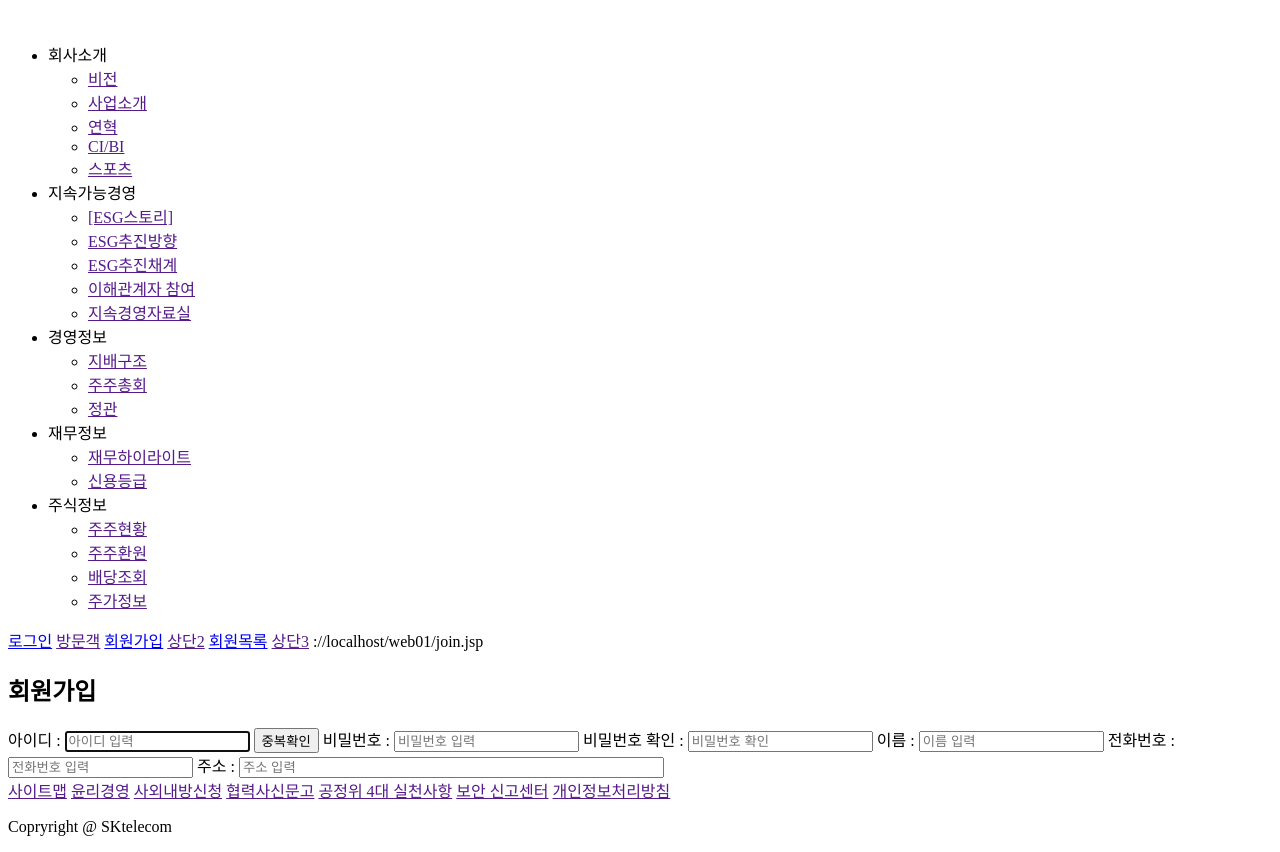
Repository: star-min/jsp_basic
Page: http://localhost/web01/join.jsp
An editor plug-in stored every save of this project. The page is shown before and after the next save, followed by the edit.
The browser window is 1280 px wide. The pictures show the whole page.
The page is served by Tomcat 9.

Above is the page before, as saved 2022-04-26 08:26:17.

### jsp1/web01/src/main/webapp/join.jsp
<%@ page language="java" contentType="text/html; charset=UTF-8"
    pageEncoding="UTF-8"%>
<!DOCTYPE html>
<html>
<head>
<meta charset="UTF-8">
<title>회원 가입 폼</title>
</head>
<body>
<div class="wrap">
<header id="hd">
	<div class="hd_wrap">
		<%@ include file="nav.jsp" %>
	</div>
</header>
<div class="content">
	<h2>회원가입</h2>
	<form id="frm1" name="join" action="joinPro.jsp" method="post">
		<tbody>
			<tr>
				<td>아이디 : </td>
				<td>
					<input type="text" class="indata" id="uid" name="uid" placeholder="아이디 입력" required autofocus>
					<input type="button" id="popopen" value="중복확인"	>
				</td>
			</tr>
			<tr>
				<td>비밀번호 : </td>
				<td>
					<input type="password" class="indata" id="upw" name="upw" placeholder="비밀번호 입력" required>
				</td>
			</tr>
			<tr>
				<td>비밀번호 확인 : </td>
				<td>
					<input type="password" class="indata" id="upw" name="upw" placeholder="비밀번호 확인" required>
				</td>
			</tr>
			<tr>
				<td>이름 : </td>
				<td>
					<input type="text" class="indata" id="name" name="name" placeholder="이름 입력" required>
				</td>
			</tr>
			<tr>
				<td>전화번호 : </td>
				<td>
					<input type="text" class="indata" id="phone" name="phone" placeholder="전화번호 입력"  required>
				</td>
			</tr>
			<tr>
				<td>주소 : </td>
				<td>
					<input type="text" class="indata" id="address" name="address" placeholder="주소 입력" size=50 required>
				</td>
			</tr>
		</tbody>
	</form>
</div>
<footer id="ft">
	<%@ include file="ft.jsp" %>
</footer>
</div>
</body>
</html>

### jsp1/web01/src/main/webapp/nav.jsp
<%@ page language="java" contentType="text/html; charset=UTF-8"
    pageEncoding="UTF-8"%>
<%@ page import="java.sql.*" %>
<%		// <% = 스크립트릿(scriptlet)
	String[] dp1 = {"회사소개","지속가능경영","경영정보","재무정보","주식정보"};
	String[][] dp2 = {{"비전","사업소개","연혁","CI/BI","스포츠"},
			{"[ESG스토리]","ESG추진방향","ESG추진채계","이해관계자 참여","지속경영자료실"},
			{"지배구조", "주주총회","정관"},
			{"재무하이라이트","신용등급"},
			{"주주현황","주주환원","배당조회","주가정보"}
	};

%>
<%--    	 <%= 표현식(expression)%>		 --%>
<a class="Logo" herf="index.jsp"><img alt="" src=""></a>
<nav id="gnb">
	<ul>
	<% for(int i=0;i<dp1.length;i++){ %>
		<li>
			<span class="dp1"><%=dp1[i]%></span>
			<ul class="sub">
			<% for(int j=0;j<dp2[i].length;j++){ %>
				<li><a class="dp2" href=""><%= dp2[i][j] %></a></li>
			<%} %>
			</ul>
		</li>
	<% } %>
	</ul>
</nav>
<p id="tnb">
	<%
		String sid = (String) session.getAttribute("uid");
		String sname = (String) session.getAttribute("name");
		if(sid == null){
	%>
	<a href="login.jsp">로그인</a>
	<a href="">방문객</a>
	<a href="agree.jsp">회원가입</a>
	<%
		} else {
	%>
	<a href="logout.jsp">로그아웃</a>
	<a href="mypage.jsp"><%=sname%></a>
	<% } %>
	<a href="">상단2</a>
	<a href="memberList.jsp">회원목록</a>
	<a href="">상단3</a>
<span id="msg_a"></span>
</p>
<script>
	//주소 입력줄로 받은 msg를 받아 출력하는 부분임
	var url = location.href;  //url입력줄의 메시지를 포함한 주소를 저장
	var pos = url.indexOf("?msg=");
	var msg = url.substr(pos+5); //메시지만 추출
	var msg_a = document.getElementById("msg_a"); //해당 msg_a 아이디 요소 선택
	msg_a.innerHTML = msg;
	//msg_a.innerHTML = decodeURI(msg);
	if(pos>0) {
		if(msg!=""){
			alert(msg);
		}
	}
</script>

### jsp1/web01/src/main/webapp/ft.jsp
<%@ page language="java" contentType="text/html; charset=UTF-8"
    pageEncoding="UTF-8"%>

    <%
    	String[] fnb = {"사이트맵","윤리경영","사외내방신청","협력사신문고","공정위 4대 실천사항","보안 신고센터","개인정보처리방침"};
    	String[] sub = {"페이스북","유튜브","네이버 포스트"};
    	String[] iclass = {"xi-facebook","xi-youtube-play","xi=naver"};
    %>
    <div class="ft_wrap">
    	<nav class="fnb">
    		<% for(int i=0;i<fnb.length;i++){ %>
    			<a href=""><%= fnb[i] %></a>
    		<% } %>

    		<p class="copyright"> Copryright @ SKtelecom </p>
    	</nav>
    </div>

After the next save:
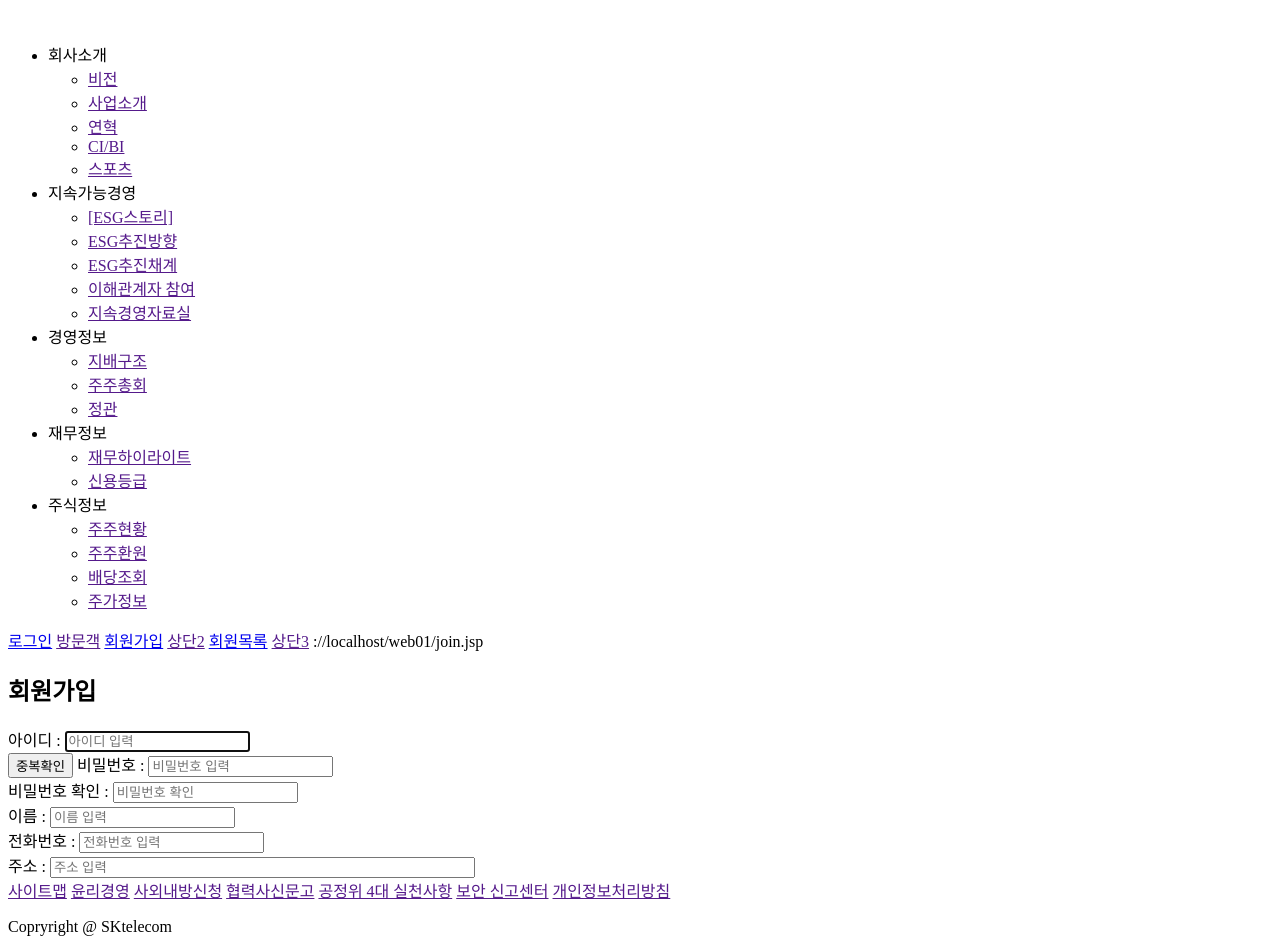
Saved 23 s later.
--- a/jsp1/web01/src/main/webapp/join.jsp
+++ b/jsp1/web01/src/main/webapp/join.jsp
@@ -20,38 +20,38 @@
 			<tr>
 				<td>아이디 : </td>
 				<td>
-					<input type="text" class="indata" id="uid" name="uid" placeholder="아이디 입력" required autofocus>
+					<input type="text" class="indata" id="uid" name="uid" placeholder="아이디 입력" required autofocus><br>
 					<input type="button" id="popopen" value="중복확인"	>
 				</td>
 			</tr>
 			<tr>
 				<td>비밀번호 : </td>
 				<td>
-					<input type="password" class="indata" id="upw" name="upw" placeholder="비밀번호 입력" required>
+					<input type="password" class="indata" id="upw" name="upw" placeholder="비밀번호 입력" required><br>
 				</td>
 			</tr>
 			<tr>
 				<td>비밀번호 확인 : </td>
 				<td>
-					<input type="password" class="indata" id="upw" name="upw" placeholder="비밀번호 확인" required>
+					<input type="password" class="indata" id="upw" name="upw" placeholder="비밀번호 확인" required><br>
 				</td>
 			</tr>
 			<tr>
 				<td>이름 : </td>
 				<td>
-					<input type="text" class="indata" id="name" name="name" placeholder="이름 입력" required>
+					<input type="text" class="indata" id="name" name="name" placeholder="이름 입력" required><br>
 				</td>
 			</tr>
 			<tr>
 				<td>전화번호 : </td>
 				<td>
-					<input type="text" class="indata" id="phone" name="phone" placeholder="전화번호 입력"  required>
+					<input type="text" class="indata" id="phone" name="phone" placeholder="전화번호 입력"  required><br>
 				</td>
 			</tr>
 			<tr>
 				<td>주소 : </td>
 				<td>
-					<input type="text" class="indata" id="address" name="address" placeholder="주소 입력" size=50 required>
+					<input type="text" class="indata" id="address" name="address" placeholder="주소 입력" size=50 required><br>
 				</td>
 			</tr>
 		</tbody>
